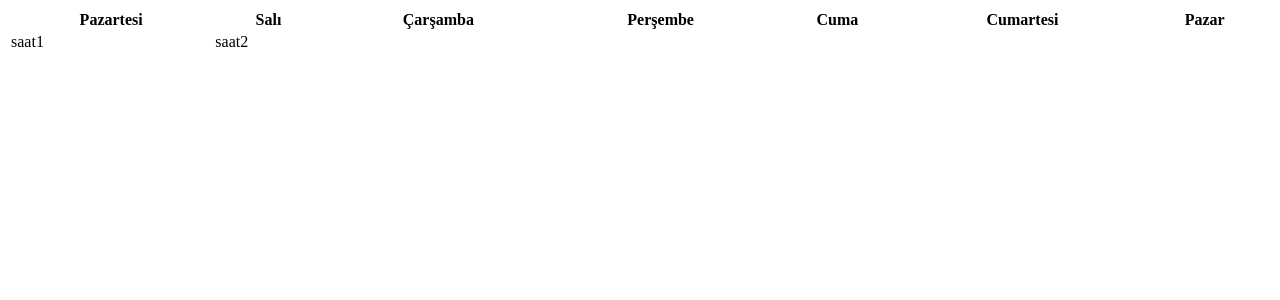
Repository: ahmetbugraozcan/css-ders-programi
Page: deneme.html
The author's editor kept a copy of each file at every save. The page is drawn from the files as they stood at one save, then again after the next save.
The browser window is 1280 px wide. The pictures show the whole page.

Above is the page before, as saved 2021-07-07 13:44:35.

After the next save:
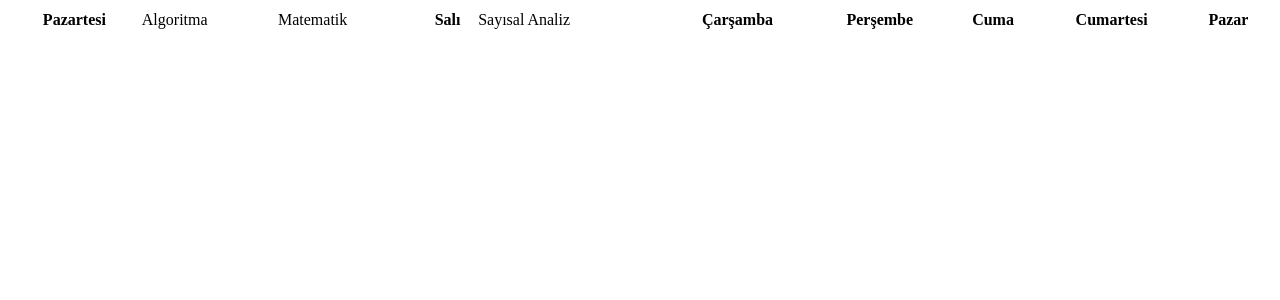
Saved 77 s later.
--- a/deneme.html
+++ b/deneme.html
@@ -4,15 +4,18 @@
     <table style="width:100%">
         <tr>
             <th>Pazartesi</th>
+            <td>Algoritma</td>
+            <td>Matematik</td>
             <th>Salı</th>
+            <td>Sayısal Analiz</td>
             <th>Çarşamba</th>
             <th>Perşembe</th>
             <th>Cuma</th>
             <th>Cumartesi</th>
             <th>Pazar</th>
         </tr>
-        <td>saat1</td>
-        <td>saat2</td>
+
+
 
 
     </table>
